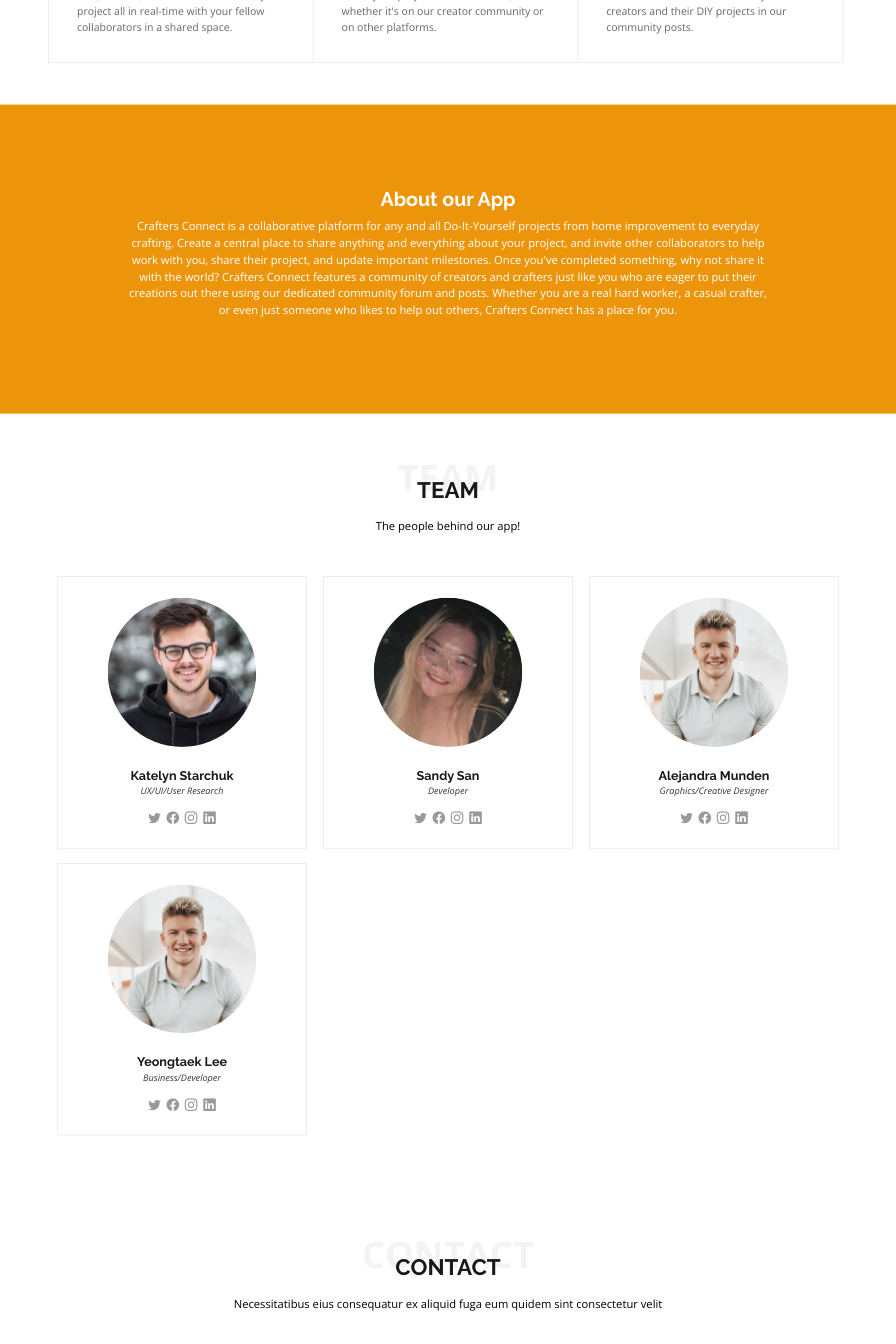
Repository: alemunden/Crafter-Connect-Marketing-Website
Page: index.html
The author's editor kept a copy of each file at every save. The page is drawn from the files as they stood at one save, then again after the next save.
The browser window is 1280 px wide. The pictures show the part of the page from y = 1710 to 3630 px (the page is 4850 px tall), at 70% of full size.
A picture or video elsewhere on the page could not be fetched, so the positions and the page height are approximate.

Above is the page before, as saved 2024-05-14 23:00:19.

### index.html
<!DOCTYPE html>
<html lang="en">

<head>
  <meta charset="utf-8">
  <meta content="width=device-width, initial-scale=1.0" name="viewport">
  <title>Crafters Connect</title>
  <meta content="" name="description">
  <meta content="" name="keywords">

  <!-- Favicons -->
  <link href="assets/img/favicon.png" rel="icon">
  <link href="assets/img/apple-touch-icon.png" rel="apple-touch-icon">

  <!-- Fonts -->
  <link href="https://fonts.googleapis.com" rel="preconnect">
  <link href="https://fonts.gstatic.com" rel="preconnect" crossorigin>
  <link href="https://fonts.googleapis.com/css2?family=Open+Sans:ital,wght@0,300;0,400;0,500;0,600;0,700;0,800;1,300;1,400;1,500;1,600;1,700;1,800&family=Poppins:ital,wght@0,100;0,200;0,300;0,400;0,500;0,600;0,700;0,800;0,900;1,100;1,200;1,300;1,400;1,500;1,600;1,700;1,800;1,900&family=Raleway:ital,wght@0,100;0,200;0,300;0,400;0,500;0,600;0,700;0,800;0,900;1,100;1,200;1,300;1,400;1,500;1,600;1,700;1,800;1,900&display=swap" rel="stylesheet">

  <!-- Vendor CSS Files -->
  <link href="assets/vendor/bootstrap/css/bootstrap.min.css" rel="stylesheet">
  <link href="assets/vendor/bootstrap-icons/bootstrap-icons.css" rel="stylesheet">
  <link href="assets/vendor/aos/aos.css" rel="stylesheet">
  <link href="assets/vendor/swiper/swiper-bundle.min.css" rel="stylesheet">
  <link href="assets/vendor/glightbox/css/glightbox.min.css" rel="stylesheet">

  <!-- Main CSS File -->
  <link href="assets/css/main.css" rel="stylesheet">

  <!-- =======================================================
  * Template Name: Day
  * Template URL: https://bootstrapmade.com/day-multipurpose-html-template-for-free/
  * Updated: May 10 2024 with Bootstrap v5.3.3
  * Author: BootstrapMade.com
  * License: https://bootstrapmade.com/license/
  ======================================================== -->
</head>

<body class="index-page">

  <header id="header" class="header fixed-top">

    <div class="topbar d-flex align-items-center">
      <div class="container d-flex justify-content-center justify-content-md-between">
        <div class="contact-info d-flex align-items-center">
          <i class="bi bi-envelope d-flex align-items-center"><a href="mailto:contact@example.com">contact@crafterconnect.com</a></i>
          <i class="bi bi-phone d-flex align-items-center ms-4"><span>+1 5589 55488 55</span></i>
        </div>
        <div class="social-links d-none d-md-flex align-items-center">
          <a href="#" class="twitter"><i class="bi bi-twitter"></i></a>
          <a href="#" class="facebook"><i class="bi bi-facebook"></i></a>
          <a href="#" class="instagram"><i class="bi bi-instagram"></i></a>
          <a href="#" class="linkedin"><i class="bi bi-linkedin"></i></a>
        </div>
      </div>
    </div><!-- End Top Bar -->

    <div class="branding d-flex align-items-center">

      <div class="container position-relative d-flex align-items-center justify-content-between">
        <a href="index.html" class="logo d-flex align-items-center">
          <!-- Uncomment the line below if you also wish to use an image logo -->
          <!-- <img src="assets/img/logo.png" alt=""> -->
          <h1 class="sitename">Crafters Connect</h1>
        </a>

        <nav id="navmenu" class="navmenu">
          <ul>
            <li><a href="#hero" class="">Home</a></li>
            <li><a href="#about">About</a></li>
            <li><a href="#team">Team</a></li>
            <li><a href="#contact">Contact</a></li>
          </ul>
          <i class="mobile-nav-toggle d-xl-none bi bi-list"></i>
        </nav>
      </div>

    </div>

  </header>

  <main class="main">

    <!-- Hero Section -->
    <section id="hero" class="hero section">

      <img src="assets/img/hero-bg.jpg" alt="" data-aos="fade-in">

      <div class="container" data-aos="fade-up" data-aos-delay="100">
        <div class="row justify-content-start">
          <div class="col-lg-8">
            <h2 class="">Welcome to Crafters Connect</h2>
            <p>A collaborative platform for all things DIY</p>
            <a href="#about" class="btn-get-started">Get Started</a>
          </div>
        </div>
      </div>

    </section><!-- /Hero Section -->

    <!-- About Section -->
    <section id="about" class="about section">

      <!-- Section Title -->
      <div class="container section-title" data-aos="fade-up">
        <span class="">About Us<br></span>
        <h2 class="">About Us<br></h2>
        <p>We want to help make your collaborative projects easier- for everyone.</p>
      </div><!-- End Section Title -->

      <div class="container">

        <div class="row gy-4">

          <div class="col-lg-6 order-1 order-lg-2" data-aos="fade-up" data-aos-delay="100">
            <video src="assets/img/Final.mp4" class="img-fluid" alt="" autoplay muted loop>
          </div>

          <div class="col-lg-6 order-2 order-lg-1 content" data-aos="fade-up" data-aos-delay="200">
            <h3>An All-Purpose App</h3>
            <p class="fst-italic">
              Crafter Connect is an app designed by creators, for creators.
            </p>
            <ul>
              <li><i class="bi bi-check-circle"></i> <span>Real-time editing and sharing of files between collaborators</span></li>
              <li><i class="bi bi-check-circle"></i> <span>Project progress indicators</span></li>
              <li><i class="bi bi-check-circle"></i> <span>A community full of artists and creators ready to share their projects</span></li>
            </ul>
          </div>

        </div>

      </div>

    </section><!-- /About Section -->

    <!-- Cards Section -->
    <section id="cards" class="cards section">

      <div class="container">

        <div class="row no-gutters">

          <div class="col-lg-4 col-md-6 card" data-aos="fade-up" data-aos-delay="100">
            <span>01</span>
            <h4>Create Projects</h4>
            <p>Start a DIY project in our app using our innovative tools such as a built-in tutorial editor and a video section.</p>
          </div><!-- End Card Item -->

          <div class="col-lg-4 col-md-6 card" data-aos="fade-up" data-aos-delay="200">
            <span>02</span>
            <h4>Invite Collaborators</h4>
            <p>Invite other creators and collaborators to work together on something you love.</p>
          </div><!-- End Card Item -->

          <div class="col-lg-4 col-md-6 card" data-aos="fade-up" data-aos-delay="300">
            <span>03</span>
            <h4>Set Milestones</h4>
            <p>Create milestones to gauge your progress in a way that feels more rewarding than just a simple to-do list.</p>
          </div><!-- End Card Item -->

          <div class="col-lg-4 col-md-6 card" data-aos="fade-up" data-aos-delay="400">
            <span>04</span>
            <h4>Manage Your Files</h4>
            <p>Add, remove, and edit files related to your project all in real-time with your fellow collaborators in a shared space.</p>
          </div><!-- End Card Item -->

          <div class="col-lg-4 col-md-6 card" data-aos="fade-up" data-aos-delay="400">
            <span>05</span>
            <h4>Share Your Creations</h4>
            <p>Share your projects with the world, whether it's on our creator community or on other platforms.</p>
          </div><!-- End Card Item -->

          <div class="col-lg-4 col-md-6 card" data-aos="fade-up" data-aos-delay="600">
            <span>06</span>
            <h4>Visit the Community</h4>
            <p>Discover a dedicated community of other creators and their DIY projects in our community posts.</p>
          </div><!-- End Card Item -->

        </div>

      </div>

    </section><!-- /Cards Section -->

    <!-- Call To Action Section -->
    <section id="call-to-action" class="call-to-action section">

      <div class="container">
        <div class="row justify-content-center" data-aos="zoom-in" data-aos-delay="100">
          <div class="col-xl-10">
            <div class="text-center">
              <h3>About our App</h3>
              <p>Crafters Connect is a collaborative platform for any and all Do-It-Yourself projects from home improvement to everyday crafting. Create a central place to share anything and everything about your project, and invite other collaborators to help work with you, share their project, and update important milestones. Once you've completed something, why not share it with the world? Crafters Connect features a community of creators and crafters just like you who are eager to put their creations out there using our dedicated community forum and posts. Whether you are a real hard worker, a casual crafter, or even just someone who likes to help out others, Crafters Connect has a place for you.</p>
            </div>
          </div>
        </div>
      </div>

    </section><!-- /Call To Action Section -->

    <!-- Team Section -->
    <section id="team" class="team section">

      <!-- Section Title -->
      <div class="container section-title" data-aos="fade-up">
        <span class="">Team</span>
        <h2>Team</h2>
        <p>The people behind our app!</p>
      </div><!-- End Section Title -->

      <div class="container">

        <div class="row">

          <div class="col-lg-4 col-md-6 d-flex" data-aos="fade-up" data-aos-delay="100">
            <div class="member">
              <img src="assets/img/team/team-1.jpg" class="img-fluid" alt="">
              <div class="member-content">
                <h4>Katelyn Starchuk</h4>
                <span>UX/UI/User Research</span>
                <div class="social">
                  <a href=""><i class="bi bi-twitter"></i></a>
                  <a href=""><i class="bi bi-facebook"></i></a>
                  <a href=""><i class="bi bi-instagram"></i></a>
                  <a href=""><i class="bi bi-linkedin"></i></a>
                </div>
              </div>
            </div>
          </div><!-- End Team Member -->

          <div class="col-lg-4 col-md-6 d-flex" data-aos="fade-up" data-aos-delay="200">
            <div class="member">
              <img src="assets/img/team/sandyphoto.jpg" class="img-fluid" alt="">
              <div class="member-content">
                <h4>Sandy San</h4>
                <span>Developer</span>
                <div class="social">
                  <a href=""><i class="bi bi-twitter"></i></a>
                  <a href=""><i class="bi bi-facebook"></i></a>
                  <a href=""><i class="bi bi-instagram"></i></a>
                  <a href=""><i class="bi bi-linkedin"></i></a>
                </div>
              </div>
            </div>
          </div><!-- End Team Member -->

          <div class="col-lg-4 col-md-6 d-flex" data-aos="fade-up" data-aos-delay="300">
            <div class="member">
              <img src="assets/img/team/team-3.jpg" class="img-fluid" alt="">
              <div class="member-content">
                <h4>Alejandra Munden</h4>
                <span>Graphics/Creative Designer</span>
                <div class="social">
                  <a href=""><i class="bi bi-twitter"></i></a>
                  <a href=""><i class="bi bi-facebook"></i></a>
                  <a href=""><i class="bi bi-instagram"></i></a>
                  <a href=""><i class="bi bi-linkedin"></i></a>
                </div>
              </div>
            </div>
          </div><!-- End Team Member -->

          <div class="col-lg-4 col-md-6 d-flex" data-aos="fade-up" data-aos-delay="300">
            <div class="member">
              <img src="assets/img/team/team-3.jpg" class="img-fluid" alt="">
              <div class="member-content">
                <h4>Yeongtaek Lee</h4>
                <span>Business/Developer</span>
                <div class="social">
                  <a href=""><i class="bi bi-twitter"></i></a>
                  <a href=""><i class="bi bi-facebook"></i></a>
                  <a href=""><i class="bi bi-instagram"></i></a>
                  <a href=""><i class="bi bi-linkedin"></i></a>
                </div>
              </div>
            </div>
          </div><!-- End Team Member -->

        </div>

      </div>

    </section><!-- /Team Section -->

    <!-- Contact Section -->
    <section id="contact" class="contact section">

      <!-- Section Title -->
      <div class="container section-title" data-aos="fade-up">
        <span class="">Contact</span>
        <h2 class="">Contact</h2>
        <p>Necessitatibus eius consequatur ex aliquid fuga eum quidem sint consectetur velit</p>
      </div><!-- End Section Title -->

      <div class="container" data-aos="fade-up" data-aos-delay="100">

        <div class="row gy-4">

          <div class="col-lg-6">
            <div class="info-item d-flex flex-column justify-content-center align-items-center" data-aos="fade-up" data-aos-delay="200">
              <i class="bi bi-geo-alt"></i>
              <h3>Address</h3>
              <p>A108 Adam Street, New York, NY 535022</p>
            </div>
          </div><!-- End Info Item -->

          <div class="col-lg-3 col-md-6">
            <div class="info-item d-flex flex-column justify-content-center align-items-center" data-aos="fade-up" data-aos-delay="300">
              <i class="bi bi-telephone"></i>
              <h3>Call Us</h3>
              <p>+1 5589 55488 55</p>
            </div>
          </div><!-- End Info Item -->

          <div class="col-lg-3 col-md-6">
            <div class="info-item d-flex flex-column justify-content-center align-items-center" data-aos="fade-up" data-aos-delay="400">
              <i class="bi bi-envelope"></i>
              <h3>Email Us</h3>
              <p>info@example.com</p>
            </div>
          </div><!-- End Info Item -->

        </div>

        <div class="row gy-4 mt-1">
          <div class="col-lg-6" data-aos="fade-up" data-aos-delay="300">
            <iframe src="https://www.google.com/maps/embed?pb=!1m14!1m8!1m3!1d48389.78314118045!2d-74.006138!3d40.710059!3m2!1i1024!2i768!4f13.1!3m3!1m2!1s0x89c25a22a3bda30d%3A0xb89d1fe6bc499443!2sDowntown%20Conference%20Center!5e0!3m2!1sen!2sus!4v1676961268712!5m2!1sen!2sus" frameborder="0" style="border:0; width: 100%; height: 400px;" allowfullscreen="" loading="lazy" referrerpolicy="no-referrer-when-downgrade"></iframe>
          </div><!-- End Google Maps -->

          <div class="col-lg-6">
            <form action="forms/contact.php" method="post" class="php-email-form" data-aos="fade-up" data-aos-delay="400">
              <div class="row gy-4">

                <div class="col-md-6">
                  <input type="text" name="name" class="form-control" placeholder="Your Name" required="">
                </div>

                <div class="col-md-6 ">
                  <input type="email" class="form-control" name="email" placeholder="Your Email" required="">
                </div>

                <div class="col-md-12">
                  <input type="text" class="form-control" name="subject" placeholder="Subject" required="">
                </div>

                <div class="col-md-12">
                  <textarea class="form-control" name="message" rows="6" placeholder="Message" required=""></textarea>
                </div>

                <div class="col-md-12 text-center">
                  <div class="loading">Loading</div>
                  <div class="error-message"></div>
                  <div class="sent-message">Your message has been sent. Thank you!</div>

                  <button type="submit">Send Message</button>
                </div>

              </div>
            </form>
          </div><!-- End Contact Form -->

        </div>

      </div>

    </section><!-- /Contact Section -->

  </main>

  <footer id="footer" class="footer position-relative">

    <div class="container footer-top">
      <div class="row gy-4">
        <div class="col-lg-4 col-md-6">
          <div class="footer-about">
            <a href="index.html" class="logo sitename">Crafters Connect</a>
            <div class="footer-contact pt-3">
              <p>A108 Adam Street</p>
              <p>New York, NY 535022</p>
              <p class="mt-3"><strong>Phone:</strong> <span>+1 5589 55488 55</span></p>
              <p><strong>Email:</strong> <span>info@crafterconnect.com</span></p>
            </div>
            <div class="social-links d-flex mt-4">
              <a href=""><i class="bi bi-twitter"></i></a>
              <a href=""><i class="bi bi-facebook"></i></a>
              <a href=""><i class="bi bi-instagram"></i></a>
              <a href=""><i class="bi bi-linkedin"></i></a>
            </div>
          </div>
        </div>

        <div class="col-lg-2 col-md-3 footer-links">
          <h4>Useful Links</h4>
          <ul>
            <li><a href="#">Home</a></li>
            <li><a href="#">About us</a></li>
            <li><a href="#">Services</a></li>
            <li><a href="#">Terms of service</a></li>
            <li><a href="#">Privacy policy</a></li>
          </ul>
        </div>

        <div class="col-lg-4 col-md-12 footer-newsletter">
          <h4>Our Newsletter</h4>
          <p>Subscribe to our newsletter and receive the latest news about our products and services!</p>
          <form action="forms/newsletter.php" method="post" class="php-email-form">
            <div class="newsletter-form"><input type="email" name="email"><input type="submit" value="Subscribe"></div>
            <div class="loading">Loading</div>
            <div class="error-message"></div>
            <div class="sent-message">Your subscription request has been sent. Thank you!</div>
          </form>
        </div>

      </div>
    </div>

    <div class="container copyright text-center mt-4">
      <p>© <span>Copyright</span> <strong class="px-1 sitename">Day</strong> <span>All Rights Reserved</span></p>
      <div class="credits">
        <!-- All the links in the footer should remain intact. -->
        <!-- You can delete the links only if you've purchased the pro version. -->
        <!-- Licensing information: https://bootstrapmade.com/license/ -->
        <!-- Purchase the pro version with working PHP/AJAX contact form: [buy-url] -->
        Designed by <a href="https://bootstrapmade.com/">BootstrapMade</a>
      </div>
    </div>

  </footer>

  <!-- Scroll Top -->
  <a href="#" id="scroll-top" class="scroll-top d-flex align-items-center justify-content-center"><i class="bi bi-arrow-up-short"></i></a>

  <!-- Preloader -->
  <div id="preloader"></div>

  <!-- Vendor JS Files -->
  <script src="assets/vendor/bootstrap/js/bootstrap.bundle.min.js"></script>
  <script src="assets/vendor/php-email-form/validate.js"></script>
  <script src="assets/vendor/aos/aos.js"></script>
  <script src="assets/vendor/swiper/swiper-bundle.min.js"></script>
  <script src="assets/vendor/glightbox/js/glightbox.min.js"></script>
  <script src="assets/vendor/imagesloaded/imagesloaded.pkgd.min.js"></script>
  <script src="assets/vendor/isotope-layout/isotope.pkgd.min.js"></script>

  <!-- Main JS File -->
  <script src="assets/js/main.js"></script>

</body>

</html>

Loaded but not shown: assets/vendor/bootstrap/css/bootstrap.min.css (library); assets/vendor/bootstrap-icons/bootstrap-icons.css (library); assets/vendor/aos/aos.css (library); assets/vendor/swiper/swiper-bundle.min.css (library); assets/vendor/glightbox/css/glightbox.min.css (library); assets/vendor/bootstrap/js/bootstrap.bundle.min.js (library); assets/vendor/php-email-form/validate.js (common file); assets/vendor/aos/aos.js (library); assets/vendor/swiper/swiper-bundle.min.js (library); assets/vendor/glightbox/js/glightbox.min.js (library); assets/vendor/imagesloaded/imagesloaded.pkgd.min.js (library); assets/vendor/isotope-layout/isotope.pkgd.min.js (library); assets/js/main.js (198 lines, source omitted); assets/css/main.css (1695 lines, source omitted)

After the next save:
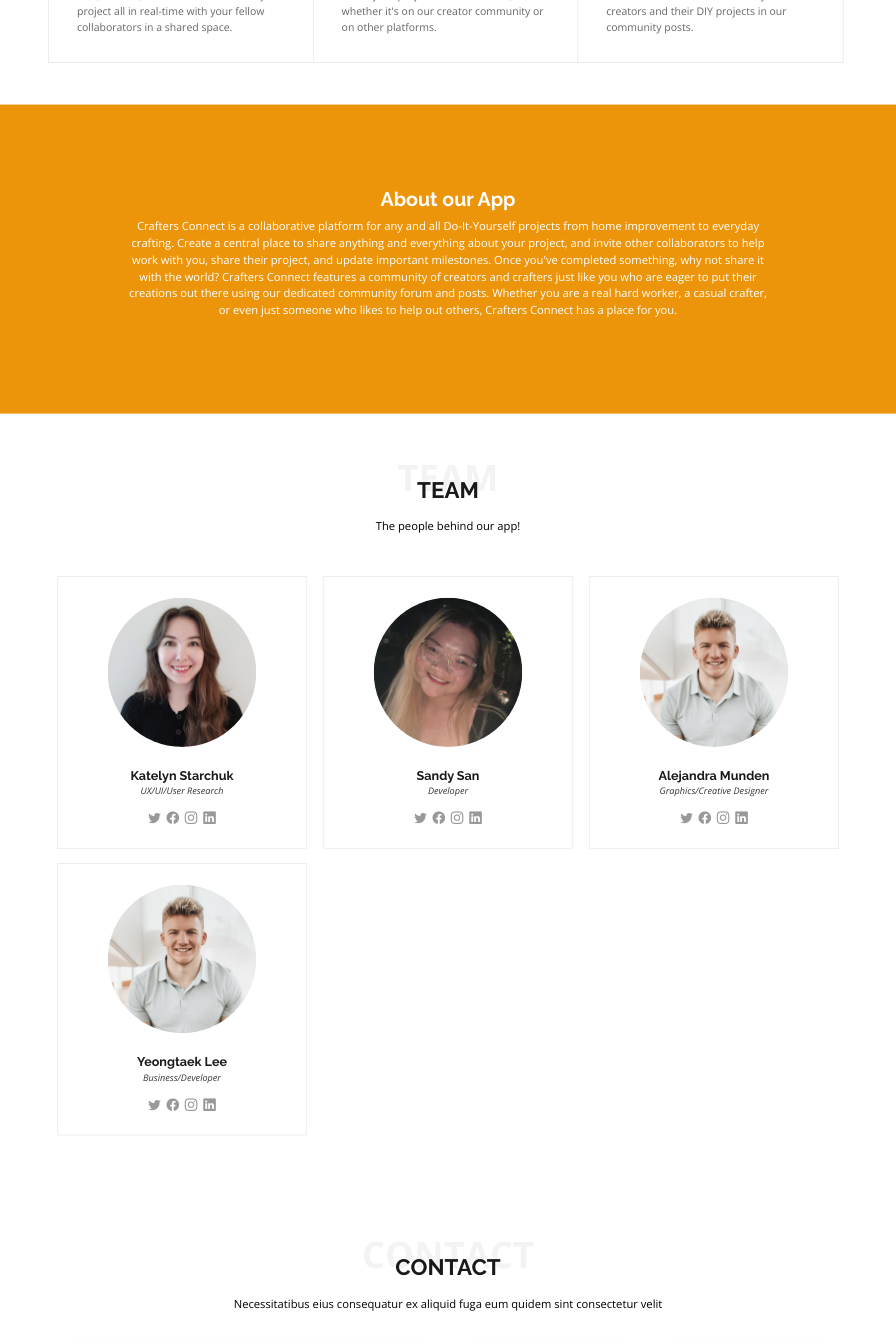
Saved 2 min 12 s later.
--- a/index.html
+++ b/index.html
@@ -215,7 +215,7 @@
 
           <div class="col-lg-4 col-md-6 d-flex" data-aos="fade-up" data-aos-delay="100">
             <div class="member">
-              <img src="assets/img/team/team-1.jpg" class="img-fluid" alt="">
+              <img src="assets/img/team/KateHeadshot.jpg" class="img-fluid" alt="">
               <div class="member-content">
                 <h4>Katelyn Starchuk</h4>
                 <span>UX/UI/User Research</span>
